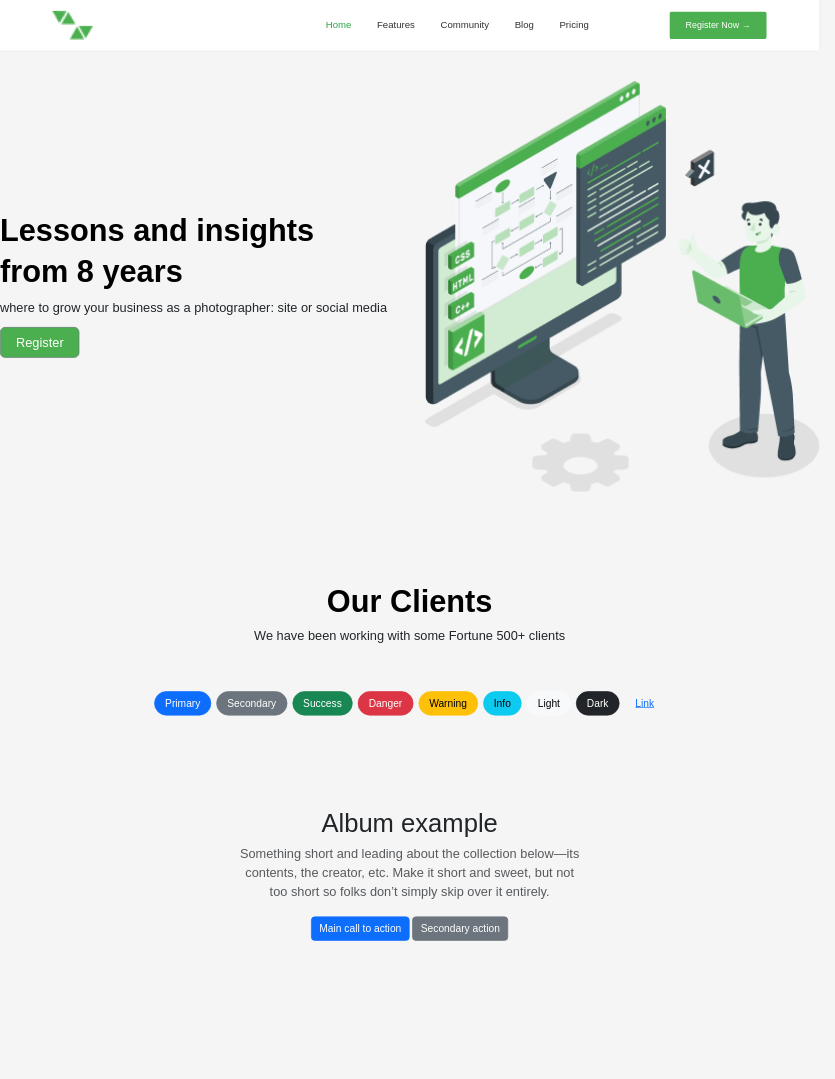
Repository: Laibaaa10/Bootstrap1
Page: index.html
The author's editor kept a copy of each file at every save. The page is drawn from the files as they stood at one save, then again after the next save.
The browser window is 1280 px wide. The page is 1304 px wide, so the pictures cover 1304 px, including what lies to the right of the window. The pictures show the whole page, at 64% of full size.

Above is the page before, as saved 2026-06-18 00:27:19.

### index.html
<!DOCTYPE html>
<html lang="en">

<head>
    <meta charset="UTF-8">
    <meta name="viewport" content="width=device-width, initial-scale=1.0">
    <title>Navbar</title>
    <link href="https://cdn.jsdelivr.net/npm/bootstrap@5.3.3/dist/css/bootstrap.min.css" rel="stylesheet">
    <link rel="stylesheet" href="style.css">
</head>

<body>
    <!-- Navbar start  -->

    <nav class="navbar navbar-expand-lg custom-navbar">
        <div class="container">


            <a class="navbar-brand d-flex align-items-center w-" href="#">
                <img src="./images/Logo (1).png" alt="Logo" class="logo">
            </a>



            <button class="navbar-toggler" type="button" data-bs-toggle="collapse" data-bs-target="#navbarContent">
                <span class="navbar-toggler-icon"></span>
            </button>

            <div class="collapse navbar-collapse" id="navbarContent">

                <ul class="navbar-nav mx-auto mb-2 mb-lg-0">
                    <li class="nav-item">
                        <a class="nav-link active" href="#">Home</a>
                    </li>
                    <li class="nav-item">
                        <a class="nav-link" href="#">Features</a>
                    </li>
                    <li class="nav-item">
                        <a class="nav-link" href="#">Community</a>
                    </li>
                    <li class="nav-item">
                        <a class="nav-link" href="#">Blog</a>
                    </li>
                    <li class="nav-item">
                        <a class="nav-link" href="#">Pricing</a>
                    </li>
                </ul>
                <a href="#" class="btn register-btn">
                    Register Now →
                </a>

            </div>
        </div>
    </nav>
    <!-- Navbar end -->

    <!-- Hero section start  -->

    <div class="row flex-lg-row-reverse align-items-center g-5 py-5">
        <div class="col-10 col-sm-8 col-lg-6"> <img src="./images/Illustration.png" class="d-block mx-lg-auto img-fluid"
                alt="Bootstrap Themes" width="700" height="500" loading="lazy"> </div>
        <div class="col-lg-6">
            <h1 class="display-5 fw-bold text-body-emphasis lh-1 mb-3">Lessons and insights</h1>
            <h1 class="display-5 fw-bold text-body-emphasis lh-1 mb-3 bg">from 8 years</h1>
            <p class="lead">where to grow your business as a photographer: site or social media</p>
            <div class="d-grid gap-2 d-md-flex justify-content-md-start"> <button type="button"
                    class="btn btn-outline-secondary btn-lg px-4 bgcolor">Register</button> </div>
        </div>
    </div>

    <div class="px-4 py-5 my-5 text-center">
        <h1 class="display-5 fw-bold text-body-emphasis">Our Clients</h1>
        <div class="col-lg-6 mx-auto">
            <p class="lead mb-4">We have been working with some Fortune 500+ clients</p>
        </div>
        <div class="d-flex gap-2 justify-content-center py-5"> <button class="btn btn-primary rounded-pill px-3"
                type="button">Primary</button> <button class="btn btn-secondary rounded-pill px-3"
                type="button">Secondary</button> <button class="btn btn-success rounded-pill px-3"
                type="button">Success</button> <button class="btn btn-danger rounded-pill px-3"
                type="button">Danger</button> <button class="btn btn-warning rounded-pill px-3"
                type="button">Warning</button> <button class="btn btn-info rounded-pill px-3"
                type="button">Info</button> <button class="btn btn-light rounded-pill px-3" type="button">Light</button>
            <button class="btn btn-dark rounded-pill px-3" type="button">Dark</button> <button
                class="btn btn-link rounded-pill px-3" type="button">Link</button> </div>

                <section class="py-5 text-center container">
                    <div class="row py-lg-5"> <div class="col-lg-6 col-md-8 mx-auto">
                         <h1 class="fw-light">Album example</h1>
                         <p class="lead text-body-secondary">Something short and leading about the collection below—its contents, the creator, etc. Make it short and sweet, but not too short so folks don’t simply skip over it entirely.</p>
                          <p>
                            <a href="#" class="btn btn-primary my-2">Main call to action</a>
                            <a href="#" class="btn btn-secondary my-2">Secondary action</a>
                        </p>
                    </div>
                </div>
             </section>

<!-- Hero section end  -->
        <script src="https://cdn.jsdelivr.net/npm/bootstrap@5.3.3/dist/js/bootstrap.bundle.min.js"></script>

</body>

</html>

### style.css
body {
    margin: 0;
    background: #f5f5f5;
    font-family: Arial, sans-serif;
}

.custom-navbar {
    background: #ffffff;
    padding: 12px 0;
    box-shadow: 0 1px 5px rgba(0,0,0,0.05);
}

.logo {
    height: 45px;
    width: auto;
}

.navbar-nav .nav-link {
    color: #333;
    font-size: 15px;
    font-weight: 500;
    margin: 0 12px;
    transition: 0.3s;
}

.navbar-nav .nav-link:hover,
.navbar-nav .nav-link.active {
    color: #28a745;
}

.register-btn {
    background: #4CAF50;
    color: #fff;
    padding: 10px 24px;
    border-radius: 4px;
    font-size: 14px;
    font-weight: 500;
    text-decoration: none;
    transition: 0.3s;
}

.register-btn:hover {
    background: #43a047;
    color: #fff;
}

@media (max-width: 991px) {
    .navbar-nav {
        text-align: center;
        padding: 15px 0;
    }

    .register-btn {
        display: block;
        width: fit-content;
        margin: 15px auto 0;
    }
}
.bgcolor{
    background-color: #4CAF4F;
    text-decoration: none;
    color: white;
}

After the next save:
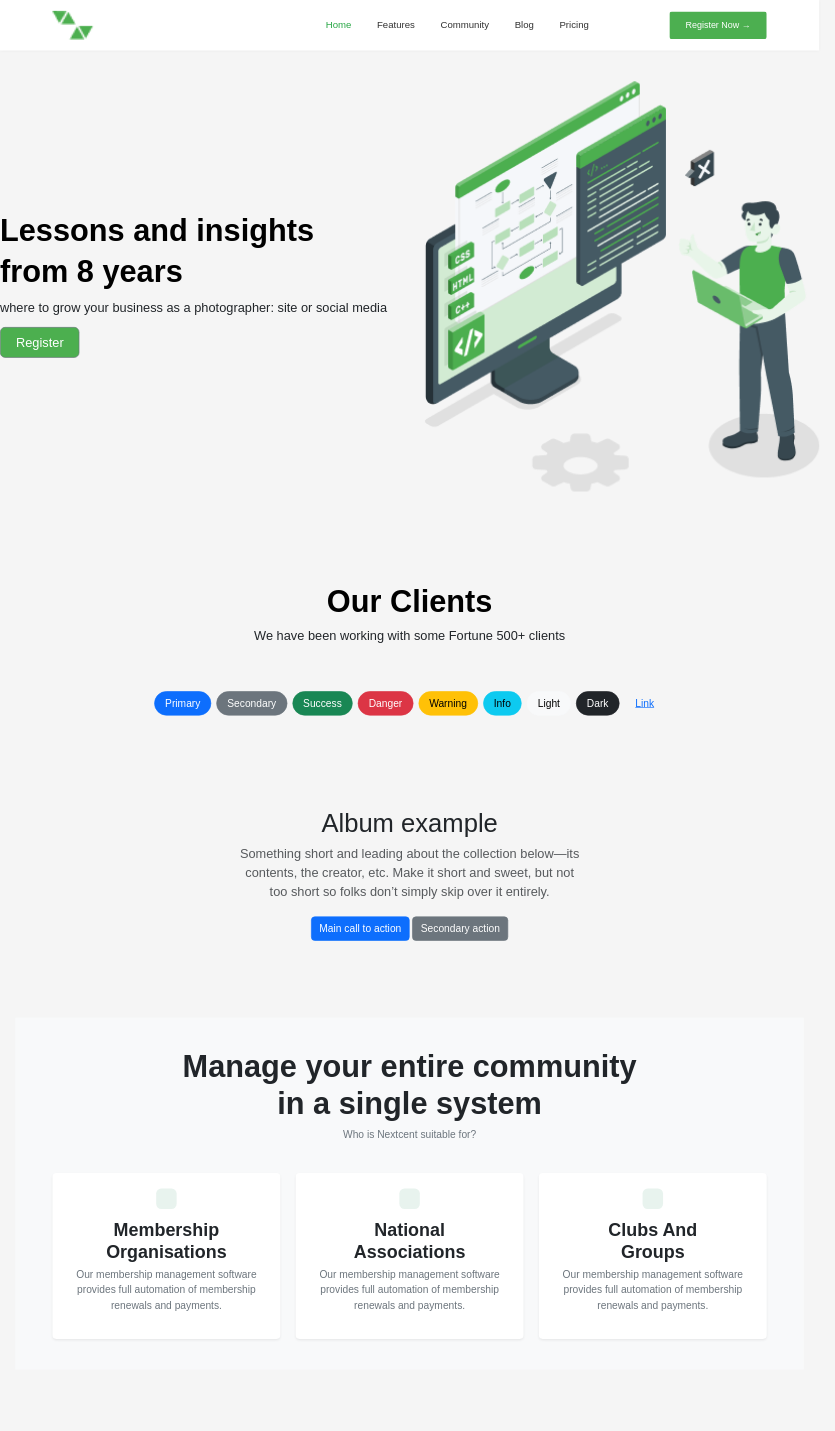
Saved 5 min 49 s later.
--- a/index.html
+++ b/index.html
@@ -95,6 +95,86 @@
                 </div>
              </section>
 
+
+             <section class="py-5 bg-light">
+    <div class="container">
+
+        <!-- Heading -->
+        <div class="text-center mb-5">
+            <h1 class="fw-bold display-5 text-dark">
+                Manage your entire community <br>
+                in a single system
+            </h1>
+
+            <p class="text-secondary">
+                Who is Nextcent suitable for?
+            </p>
+        </div>
+
+        <!-- Cards -->
+        <div class="row g-4">
+
+            <!-- Card 1 -->
+            <div class="col-md-4">
+                <div class="card border-0 shadow-sm h-100 text-center p-4">
+
+                    <div class="mx-auto bg-success bg-opacity-10 rounded-3 p-3 mb-3">
+                        <i class="bi bi-people fs-2 text-success"></i>
+                    </div>
+
+                    <h3 class="fw-bold">
+                        Membership <br> Organisations
+                    </h3>
+
+                    <p class="text-secondary">
+                        Our membership management software provides full automation of membership renewals and payments.
+                    </p>
+
+                </div>
+            </div>
+
+            <!-- Card 2 -->
+            <div class="col-md-4">
+                <div class="card border-0 shadow-sm h-100 text-center p-4">
+
+                    <div class="mx-auto bg-success bg-opacity-10 rounded-3 p-3 mb-3">
+                        <i class="bi bi-building fs-2 text-success"></i>
+                    </div>
+
+                    <h3 class="fw-bold">
+                        National <br> Associations
+                    </h3>
+
+                    <p class="text-secondary">
+                        Our membership management software provides full automation of membership renewals and payments.
+                    </p>
+
+                </div>
+            </div>
+
+            <!-- Card 3 -->
+            <div class="col-md-4">
+                <div class="card border-0 shadow-sm h-100 text-center p-4">
+
+                    <div class="mx-auto bg-success bg-opacity-10 rounded-3 p-3 mb-3">
+                        <i class="bi bi-diagram-3 fs-2 text-success"></i>
+                    </div>
+
+                    <h3 class="fw-bold">
+                        Clubs And <br> Groups
+                    </h3>
+
+                    <p class="text-secondary">
+                        Our membership management software provides full automation of membership renewals and payments.
+                    </p>
+
+                </div>
+            </div>
+
+        </div>
+
+    </div>
+</section>
 <!-- Hero section end  -->
         <script src="https://cdn.jsdelivr.net/npm/bootstrap@5.3.3/dist/js/bootstrap.bundle.min.js"></script>
 
